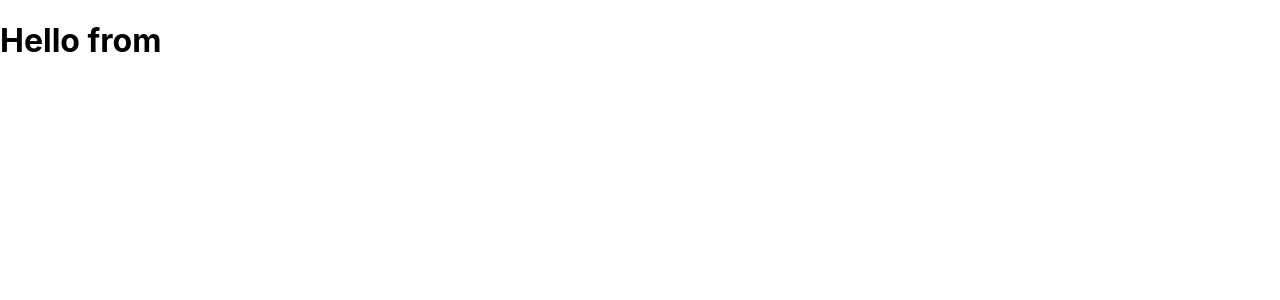
Repository: CaptainStorm21/intro-react-hooks
Page: /
An editor plug-in stored every save of this project. The page is shown before and after a run of saves, followed by the edit.
The browser window is 1280 px wide. The pictures show the whole page.
The project was rebuilt for these pictures with package versions that can differ from the ones it lists, and the page was loaded fresh each time.

Above is the page before, as saved 2020-05-24 22:06:05.

### src/index.js
import React from "react";
import ReactDOM from "react-dom";
import "./index.css";

import * as serviceWorker from "./serviceWorker";

function Hello(props) {
  console.log(props);
  return (
    <div>
      <h1>Hello from </h1>
      <p></p>
    </div>
  )
}

// function Hello() {
//   return (
//     <div>
//       <p> rendering is happening </p>
//       <h1>Hello world!</h1>
//     </div>
//   )
// }
ReactDOM.render(
  //  React.createElement("h1", null, "Hello"),
  // React.createElement("h1", { style: { color: "red" } }, "Hello"),
  // React.createElement("div", { style: { color: "blue" } },
  // React.createElement("h1", null, "Morning")  ),
  // <ul>
  //   <li>Pizza</li>
  //   <li>Sushi</li>
  // </ul>,
  // /* <Hello></Hello>, */
  <Hello  library = "React" />,
  document.getElementById("root")
);

Loaded but not shown: public/index.html (common file); src/index.css (common file); src/serviceWorker.js (common file)

After the next 4 saves:
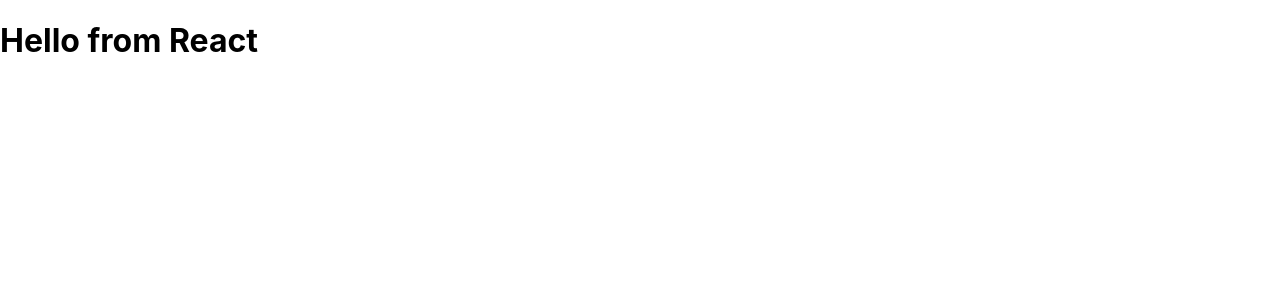
The 4 saves are shown as one change because 1 did not build or start and some came seconds apart.
The last was saved 16 s later.
--- a/src/index.js
+++ b/src/index.js
@@ -8,7 +8,7 @@ function Hello(props) {
   console.log(props);
   return (
     <div>
-      <h1>Hello from </h1>
+      <h1>Hello from {props.library}</h1>
       <p></p>
     </div>
   )
